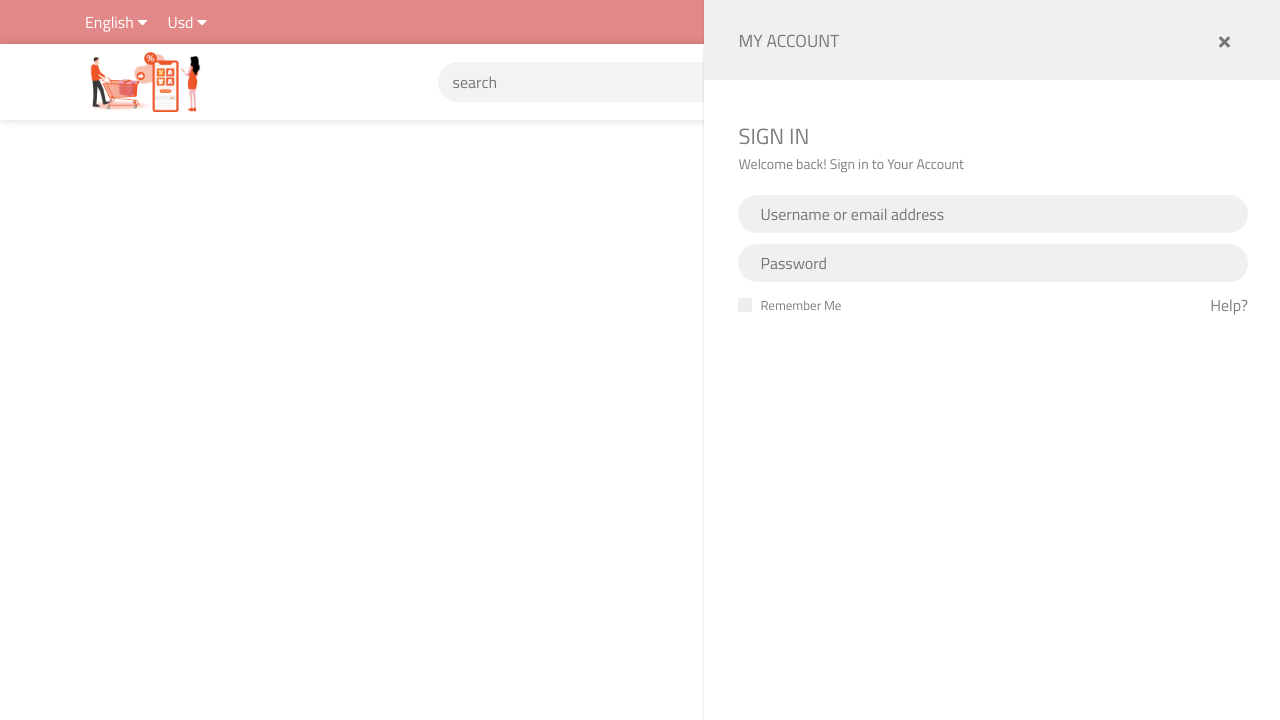
Repository: amrh20/ecommerce-temp
Page: src/index.html
These files come from the project's save history. The page is drawn as it stood at one moment and after the next save; the edit follows.
The browser window is 1280 px wide. The pictures show the whole page.
The style sheet was rebuilt from its Sass, Less or Tailwind sources for each picture, by a compiler version that may differ from the author's.

Above is the page before, as saved 2020-01-19 14:46:10.

After the next save:
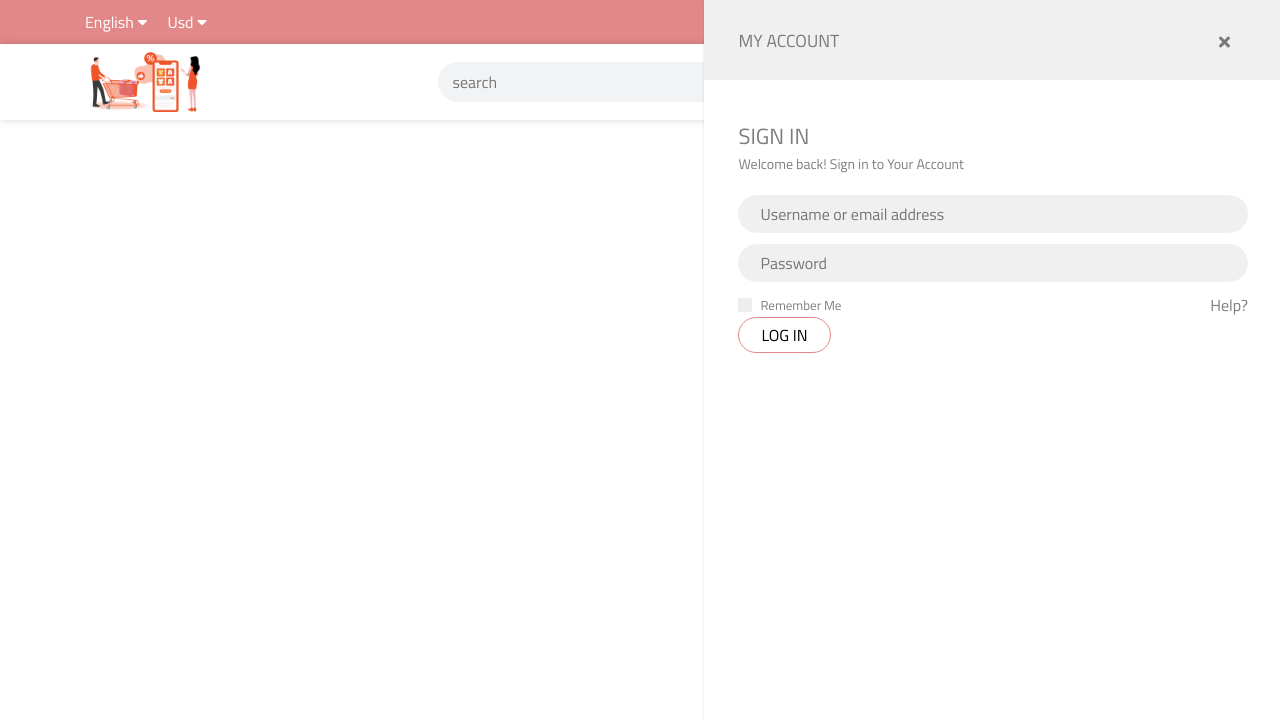
Saved 3 min 35 s later.
--- a/src/index.html
+++ b/src/index.html
@@ -289,6 +289,9 @@
                 </label>
                 <a>help?</a>
               </div>
+              <div class="sign_in-btn">
+                <button class="temp_button">log in</button>
+              </div>
             </div>
           </div>
       </div>
